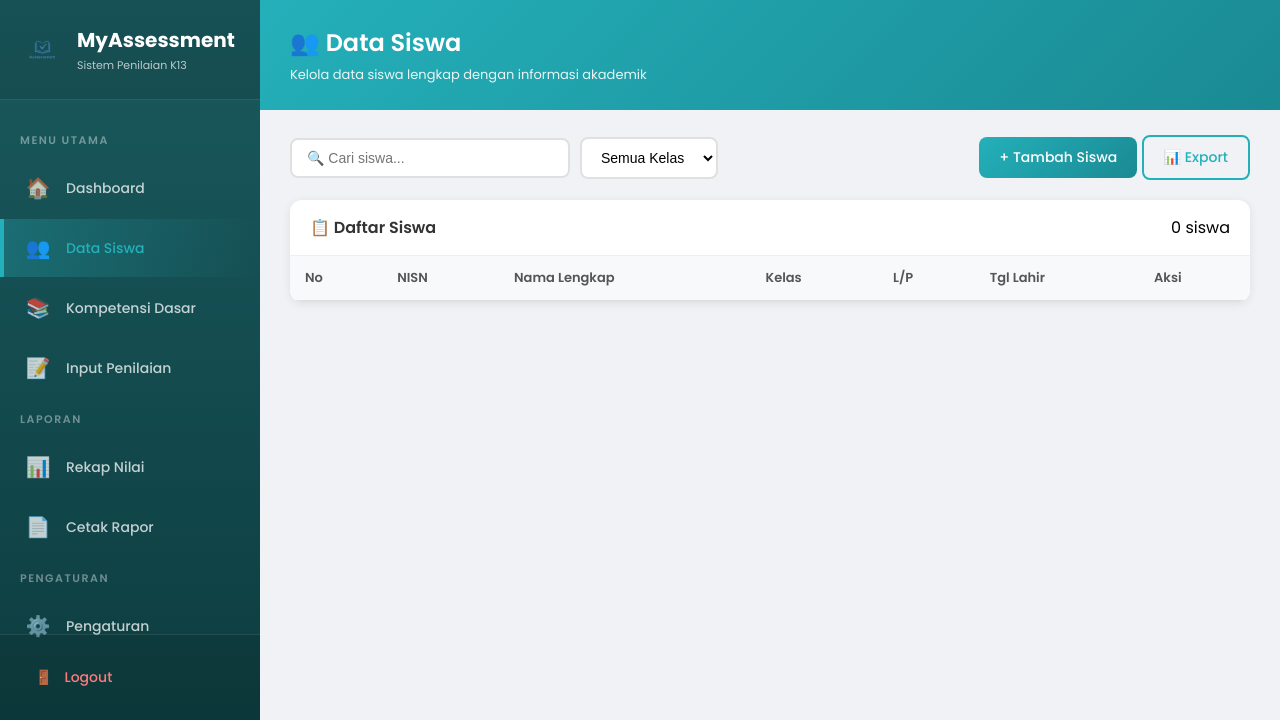
Repository: Ws529/MyAssassment_Final
Page: MyAssessment/wwwroot/siswa.html
These files come from the project's save history. The page is drawn as it stood at one moment and after the next save; the edit follows.
The browser window is 1280 px wide. The pictures show the whole page.
The page's requests for data from a server got no answer.

Above is the page before, as saved 2026-01-01 16:18:01.

After the next save:
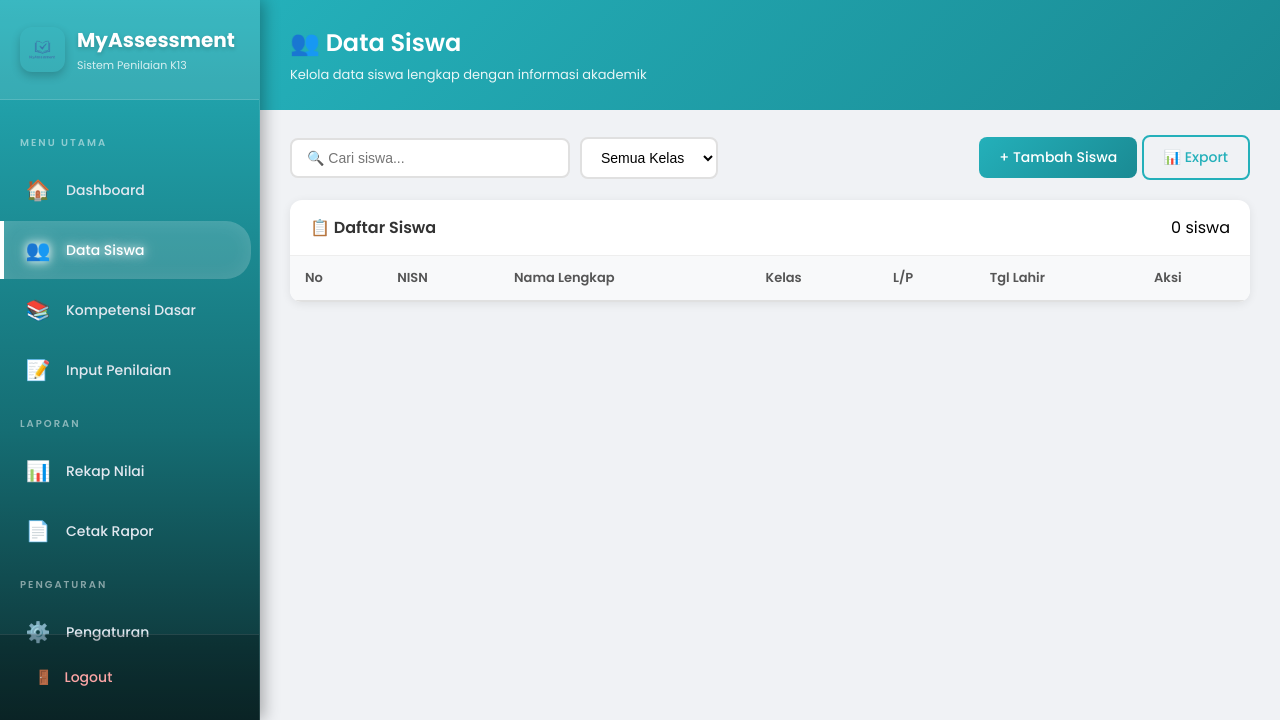
Saved 21 s later.
--- a/MyAssessment/wwwroot/siswa.html
+++ b/MyAssessment/wwwroot/siswa.html
@@ -13,35 +13,37 @@
         /* Layout */
         .app-container { display: flex; min-height: 100vh; }
 
-        /* Sidebar - Teal Theme */
+        /* Sidebar - Deep Ocean Drive Theme */
         .sidebar {
             width: 260px;
-            background: linear-gradient(180deg, #1a5a5e 0%, #0d3d40 100%);
-            color: white;
+            background: linear-gradient(180deg, #24b0ba 0%, #156d73 60%, #0d2c2e 100%);
+            color: #e2e8f0;
             position: fixed;
             height: 100vh;
             overflow-y: auto;
             z-index: 100;
+            border-right: 1px solid rgba(255, 255, 255, 0.1);
+            box-shadow: 4px 0 15px rgba(0, 0, 0, 0.3);
         }
         .sidebar-header {
             padding: 25px 20px;
             display: flex;
             align-items: center;
             gap: 12px;
-            border-bottom: 1px solid rgba(255,255,255,0.1);
-            background: rgba(0,0,0,0.1);
-        }
-        .sidebar-header img { width: 45px; height: 45px; border-radius: 10px; }
-        .sidebar-header h2 { font-size: 20px; font-weight: 700; }
-        .sidebar-header span { font-size: 11px; opacity: 0.7; display: block; margin-top: 2px; }
+            border-bottom: 1px solid rgba(255,255,255,0.15);
+            background: rgba(255,255,255,0.1);
+        }
+        .sidebar-header img { width: 45px; height: 45px; border-radius: 12px; box-shadow: 0 4px 10px rgba(0,0,0,0.2); }
+        .sidebar-header h2 { font-size: 20px; font-weight: 700; color: #fff; text-shadow: 0 2px 4px rgba(0,0,0,0.2); }
+        .sidebar-header span { font-size: 11px; color: rgba(255,255,255,0.8); display: block; margin-top: 2px; }
 
         .sidebar-menu { padding: 20px 0; }
         .menu-label {
-            padding: 12px 20px 8px;
-            font-size: 11px;
+            padding: 15px 20px 8px;
+            font-size: 10px;
             text-transform: uppercase;
-            color: rgba(255,255,255,0.4);
-            letter-spacing: 1.5px;
+            color: rgba(255,255,255,0.5);
+            letter-spacing: 2px;
             font-weight: 600;
         }
         .menu-item {
@@ -49,21 +51,24 @@
             align-items: center;
             gap: 14px;
             padding: 14px 20px;
-            color: rgba(255,255,255,0.75);
+            color: #e2e8f0;
             text-decoration: none;
-            transition: all 0.3s;
+            transition: all 0.3s ease;
             border-left: 4px solid transparent;
-            margin: 2px 0;
+            margin: 2px 8px 2px 0;
+            border-radius: 0 25px 25px 0;
         }
         .menu-item:hover {
-            background: rgba(36, 176, 186, 0.15);
-            color: white;
-            border-left-color: rgba(36, 176, 186, 0.5);
+            background: rgba(255, 255, 255, 0.1);
+            color: #ffffff;
+            border-left-color: rgba(255, 255, 255, 0.5);
         }
         .menu-item.active {
-            background: linear-gradient(90deg, rgba(36, 176, 186, 0.3) 0%, transparent 100%);
-            border-left-color: #24b0ba;
-            color: #24b0ba;
+            background: rgba(255, 255, 255, 0.15);
+            border-left-color: #ffffff;
+            color: #ffffff;
+            text-shadow: 0 0 10px #ffffff, 0 0 20px rgba(255,255,255,0.5);
+            box-shadow: inset 0 0 20px rgba(255,255,255,0.1);
         }
         .menu-item .icon { font-size: 20px; width: 28px; text-align: center; }
         .menu-item span { font-size: 14px; font-weight: 500; }
@@ -74,21 +79,25 @@
             width: 100%;
             padding: 20px;
             border-top: 1px solid rgba(255,255,255,0.1);
-            background: rgba(0,0,0,0.1);
+            background: rgba(0,0,0,0.2);
         }
         .logout-btn {
             display: flex;
             align-items: center;
             gap: 12px;
-            color: #ff7b7b;
+            color: #fca5a5;
             text-decoration: none;
             font-size: 14px;
             font-weight: 500;
             padding: 12px 15px;
             border-radius: 10px;
-            transition: all 0.3s;
-        }
-        .logout-btn:hover { background: rgba(255,107,107,0.15); }
+            transition: all 0.3s ease;
+        }
+        .logout-btn:hover {
+            background: rgba(255,100,100,0.2);
+            color: #ff8a8a;
+            text-shadow: 0 0 10px rgba(255,100,100,0.5);
+        }
 
         /* Main Content */
         .main-content {
